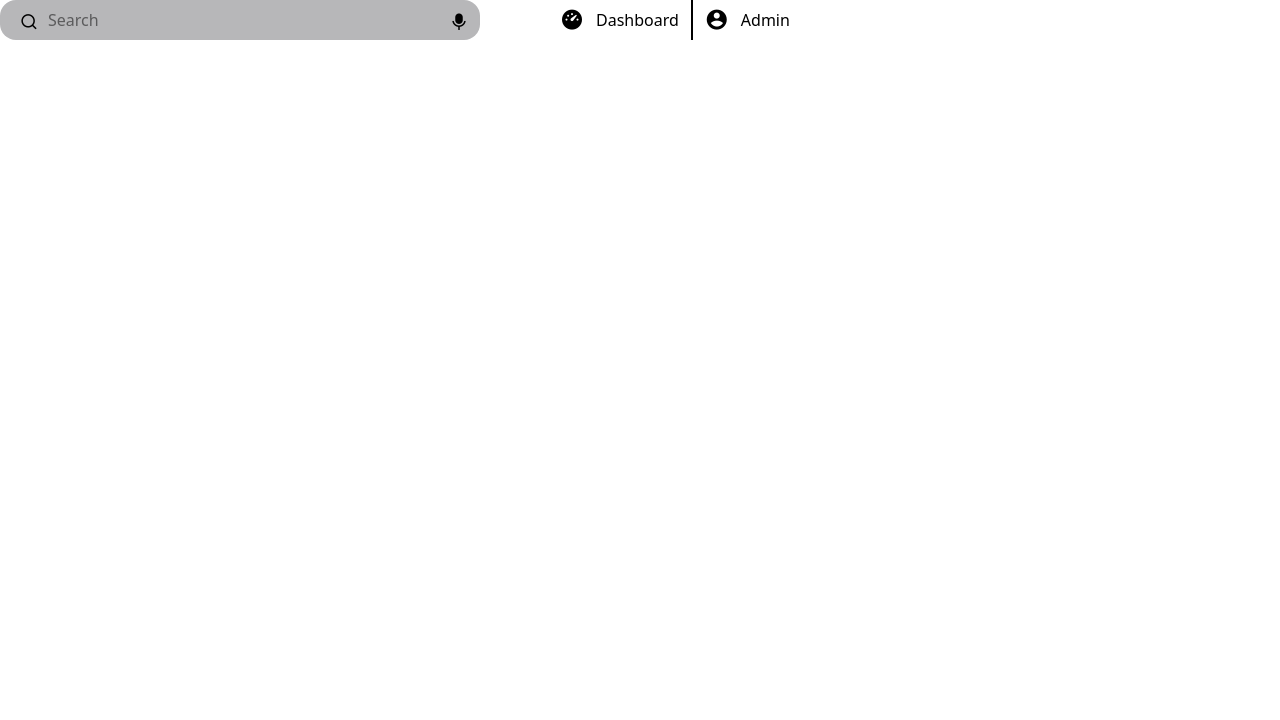
Repository: MockProject9920/MockProject_022025_Nhom4
Page: / (app in frontend/)
These files come from the project's save history. The page is drawn as it stood at one moment and after the next save; the edit follows.
The browser window is 1280 px wide. The pictures show the whole page.
The project was rebuilt for these pictures with package versions that can differ from the ones it lists, and the page was loaded fresh each time. Also part of the build but not shown: frontend/vite.config.js.

Above is the page before, as saved 2025-03-12 14:49:58.

### frontend/index.html
<!DOCTYPE html>

<html lang="en">
  <head>
    <meta charset="UTF-8" />
    <link rel="icon" type="image/svg+xml" href="/vite.svg" />
    <meta name="viewport" content="width=device-width, initial-scale=1.0" />
    <title>Vite + React</title>
  </head>
  <body>
    <div id="root"></div>
    <script type="module" src="/src/main.jsx"></script>
  </body>
</html>

### frontend/src/index.css
@import "tailwindcss";
@import "remixicon/fonts/remixicon.css";
/*  font-family: system-ui, Avenir, Helvetica, Arial, sans-serif;
  line-height: 1.5;
  font-weight: 400;

  color-scheme: light dark;
  color: rgba(255, 255, 255, 0.87);
  background-color: #242424;

  font-synthesis: none;
  text-rendering: optimizeLegibility;
  -webkit-font-smoothing: antialiased;
  -moz-osx-font-smoothing: grayscale;
}

a {
  font-weight: 500;
  color: #646cff;
  text-decoration: inherit;
}
a:hover {
  color: #535bf2;
}

body {
  margin: 0;
  display: flex;
  place-items: center;
  min-width: 320px;
  min-height: 100vh;
}

h1 {
  font-size: 3.2em;
  line-height: 1.1;
}

button {
  border-radius: 8px;
  border: 1px solid transparent;
  padding: 0.6em 1.2em;
  font-size: 1em;
  font-weight: 500;
  font-family: inherit;
  background-color: #1a1a1a;
  cursor: pointer;
  transition: border-color 0.25s;
}
button:hover {
  border-color: #646cff;
}
button:focus,
button:focus-visible {
  outline: 4px auto -webkit-focus-ring-color;
}

@media (prefers-color-scheme: light) {
  :root {
    color: #213547;
    background-color: #ffffff;
  }
  a:hover {
    color: #747bff;
  }
  button {
    background-color: #f9f9f9;
  }
} */

### frontend/src/App.jsx
import AdminNavbar from "./components/AdminNavbar";
import AdminSidebar from "./components/AdminSidebar";

function App() {
  return (
    <>
      {/* <AdminSidebar /> */}
      <AdminNavbar />
    </>
  );
}

export default App;

### frontend/src/components/AdminNavbar.jsx
import React from "react";

function AdminNavbar() {
  return (
    <div className="flex space-x-20">
      <div className="relative">
        <input
          type="search"
          placeholder="Search"
          className=" p-3 pl-12 w-120 bg-[#b7b7b9] h-10 rounded-2xl"
        />
        <i class="ri-search-line absolute left-5 top-2 text-lg "></i>
        <i class="ri-mic-fill absolute right-3 top-2 text-lg"></i>
      </div>
      <div className="flex space-x-3">
        <div className="flex space-x-3 items-center pr-3  border-r-2">
          <i class="ri-dashboard-3-fill text-2xl"></i>

          <p>Dashboard</p>
        </div>
        <div className="flex space-x-3 items-center">
          <i class="ri-account-circle-fill text-2xl"></i>
          <p>Admin</p>
        </div>
      </div>
    </div>
  );
}

export default AdminNavbar;

### frontend/src/components/AdminSidebar.jsx
import { useState } from "react";
import { Link } from "react-router-dom";

function AdminSidebar() {
  const [dropdowns, setDropdowns] = useState({
    menu1: false,
    menu2: false,
    menu3: false,
  });
  const toggleDropdown = (menu) => {
    setDropdowns((prevState) => ({
      ...prevState,
      [menu]: !prevState[menu],
    }));
  };
  return (
    <div className="space-y-10 h-screen w-75 ">
      <p className="text-3xl font-medium m-8">FourShield Insurance</p>
      <div className="space-y-6 h-full w-full bg-[#EBF0FF] p-8">
        <div className="flex space-x-2">
          <i class="ri-dashboard-3-fill"></i>
          <p>Dashboard</p>
        </div>
        <div>
          <div
            className="flex space-x-2"
            onClick={() => toggleDropdown("menu1")}
          >
            <i class="ri-group-3-fill"></i> <p>User Management</p>
            <i
              className={
                dropdowns.menu1 ? "ri-arrow-up-s-line" : "ri-arrow-down-s-line"
              }
            />
          </div>
          {dropdowns.menu1 && (
            <div className="ml-8">
              <ul>
                <li>
                  <input type="radio" /> <label htmlFor="">Customer</label>
                </li>
                <li>
                  <input type="radio" /> <label>Employee</label>
                </li>
                <li>
                  <input type="radio" /> <label>Role</label>
                </li>
              </ul>
            </div>
          )}
        </div>

        <div className="flex space-x-2">
          <i class="ri-article-line"></i>
          <p>Contract Manager</p>
        </div>
        <div className="flex space-x-2">
          {" "}
          <i class="ri-archive-2-fill"></i>
          <p>Insurance Product</p>
        </div>

        <div>
          <div
            className="flex space-x-2"
            onClick={() => toggleDropdown("menu2")}
          >
            <i class="ri-bank-card-2-fill"></i>
            <p>Transaction & Invoice</p>
            <i
              className={
                dropdowns.menu2 ? "ri-arrow-up-s-line" : "ri-arrow-down-s-line"
              }
            />
          </div>
          {dropdowns.menu2 && (
            <div className="ml-8">
              <ul>
                <li>
                  <input type="radio" />
                  <label>Transaction Management</label>
                </li>
                <li>
                  <input type="radio" /> <label>Invoice Management</label>
                </li>
              </ul>
            </div>
          )}
        </div>

        <div className="flex space-x-2">
          <i class="ri-money-dollar-box-fill"></i>
          <p>Claims Processing</p>
        </div>
        <div>
          <div
            className=" flex space-x-2"
            onClick={() => toggleDropdown("menu3")}
          >
            <i class="ri-star-fill"></i> <p>Appraisers</p>
            <i
              className={
                dropdowns.menu3 ? "ri-arrow-up-s-line" : "ri-arrow-down-s-line"
              }
            />
          </div>
          {dropdowns.menu3 && (
            <div>
              <ul>
                <li>
                  <input type="radio" /> <label>List of Appraisers</label>
                </li>
                <li>
                  <input type="radio" /> <label>Assessment Report</label>
                </li>
              </ul>
            </div>
          )}
        </div>
      </div>
    </div>
  );
}

export default AdminSidebar;

### frontend/src/layouts/AdminLayout.jsx
import React from "react";
import AdminNavbar from "../components/AdminNavbar";
import AdminSidebar from "../components/AdminSidebar";

function AdminLayout() {
  return (
    <div>
      <AdminNavbar />
      <AdminSidebar />
    </div>
  );
}

export default AdminLayout;

Loaded but not shown: frontend/src/main.jsx (common file)

After the next save:
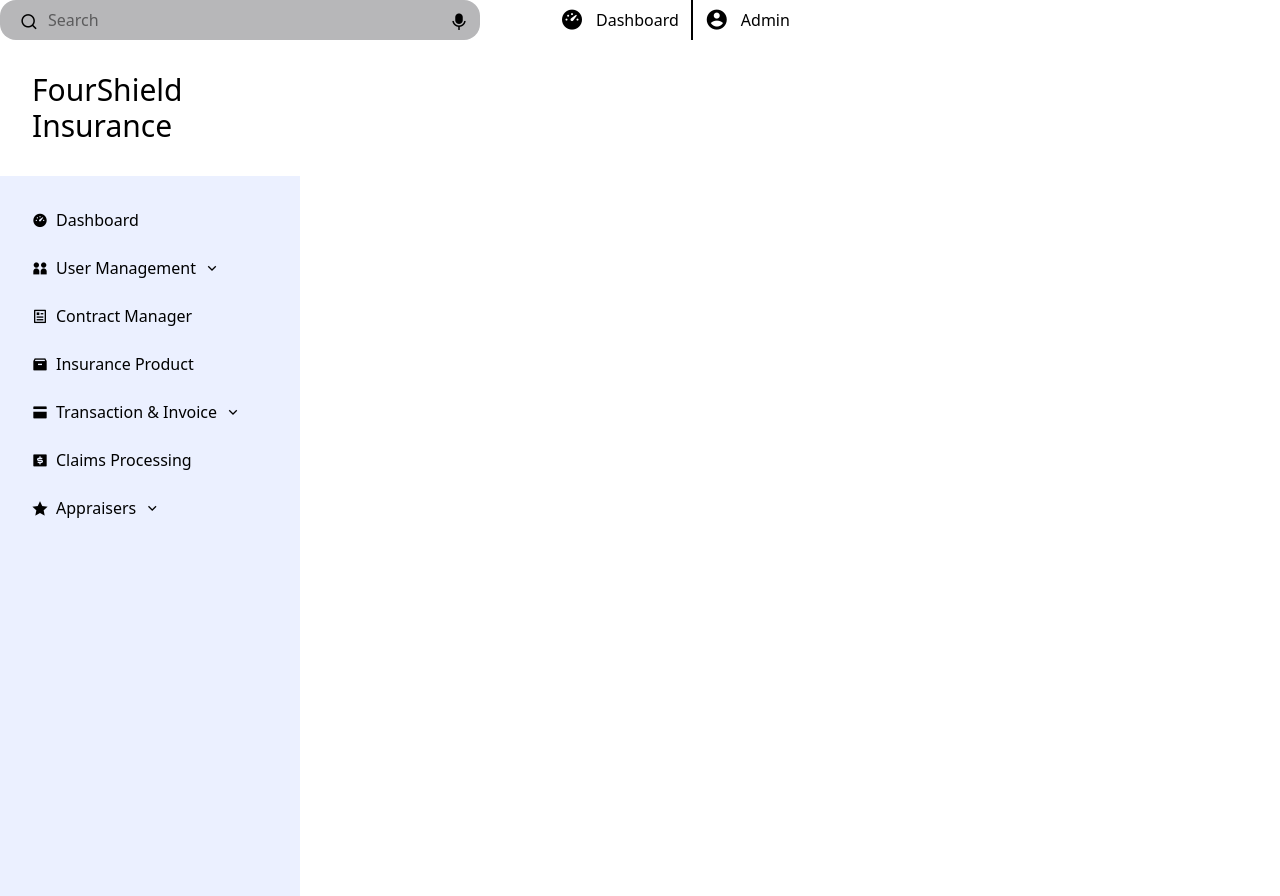
Saved 12 s later.
--- a/frontend/src/App.jsx
+++ b/frontend/src/App.jsx
@@ -1,11 +1,12 @@
 import AdminNavbar from "./components/AdminNavbar";
 import AdminSidebar from "./components/AdminSidebar";
+import AdminLayout from "./layouts/AdminLayout";
 
 function App() {
   return (
     <>
       {/* <AdminSidebar /> */}
-      <AdminNavbar />
+      <AdminLayout />
     </>
   );
 }
